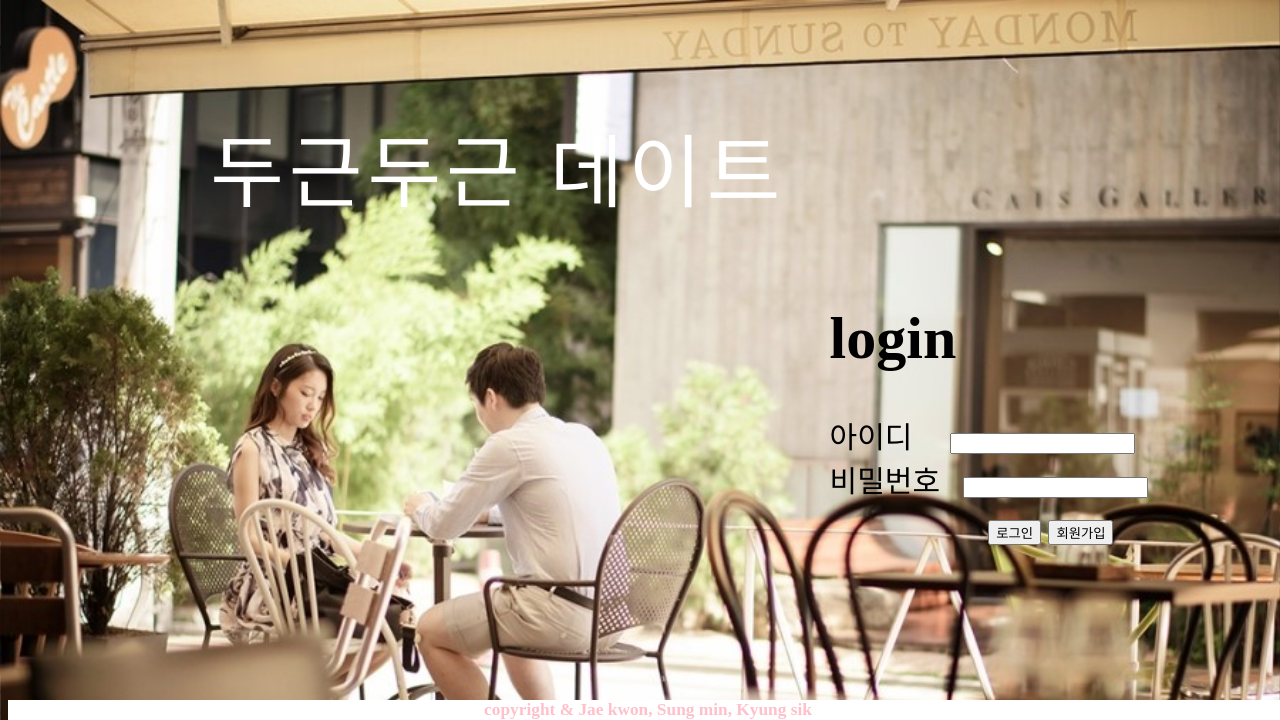
Repository: pinokio531/date_application
Page: http://localhost/doogeunDate/indexPage.jsp
These files come from the project's save history. The page is drawn as it stood at one moment and after the next save; the edit follows.
The browser window is 1280 px wide. The pictures show the whole page.
Some web fonts or font styles are not loaded; a fallback is used. The page is served by Tomcat 9.

Above is the page before, as saved 2019-06-04 10:18:16.

After the next save:
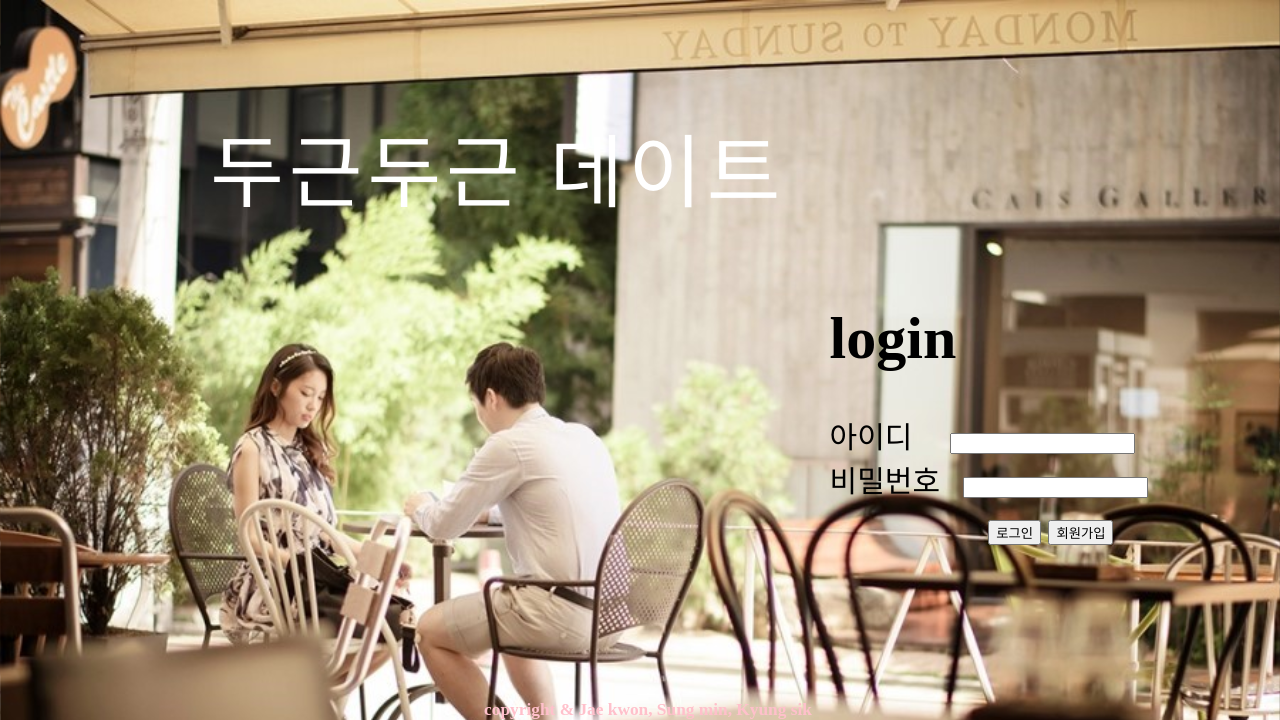
Saved 36 s later.
--- a/doogeunDate/WebContent/style/index.css
+++ b/doogeunDate/WebContent/style/index.css
@@ -20,7 +20,6 @@ body{
 .footer{
     text-align: center;
     font-size: 13pt;
-    background-color: white;
     position: absolute;
     bottom:0;
     width: 100%;
